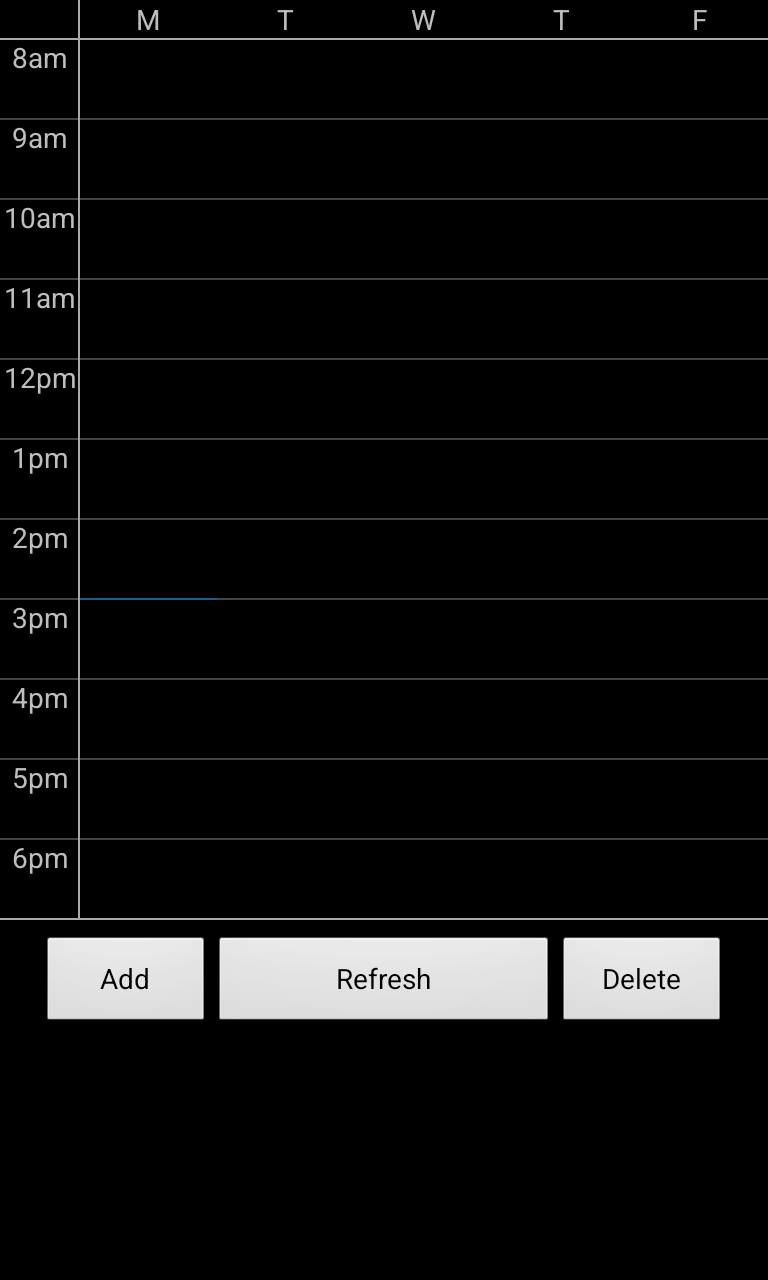
Repository: appsfactory/OfficeHours
Layout: OfficeHoursClient/res/layout/activity_schedule_view.xml
An editor plug-in stored every save of this project. The layout is shown before and after the next save, followed by the edit.
It is drawn on a 768 x 1280 px phone screen (xhdpi) without system bars, with theme AppTheme; the app's code is not run.

Above is the layout before, as saved 2012-09-27 17:54:25.

After the next save:
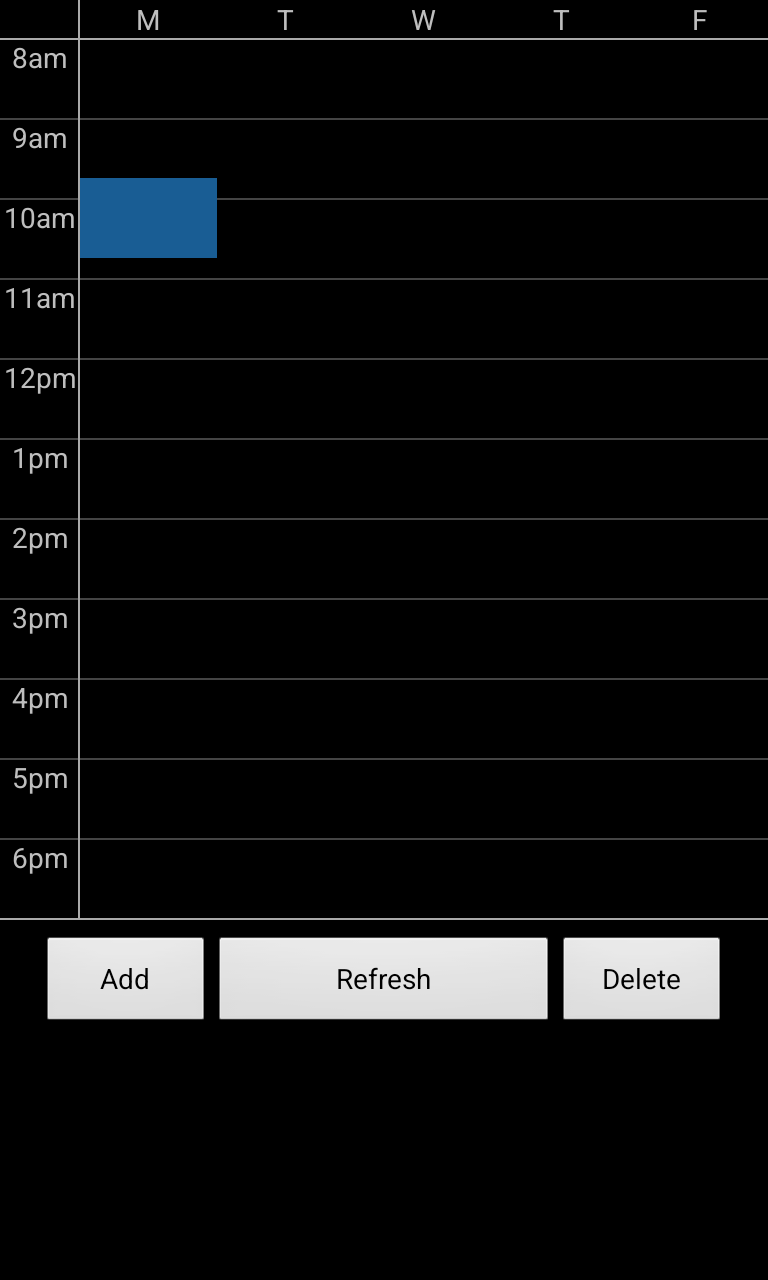
Saved 11 s later.
--- a/OfficeHoursClient/res/layout/activity_schedule_view.xml
+++ b/OfficeHoursClient/res/layout/activity_schedule_view.xml
@@ -237,7 +237,7 @@
                             android:layout_height="match_parent"
                             android:layout_weight="1" >
 
-							<View android:background="#195D94" android:layout_width = "fill_parent" android:layout_height="1dp" android:layout_marginTop="280dp"/>
+							<View android:background="#195D94" android:layout_width = "fill_parent" android:layout_height="40dp" android:layout_marginTop="70dp"/>
 
                         </RelativeLayout>
 

After the save that followed:
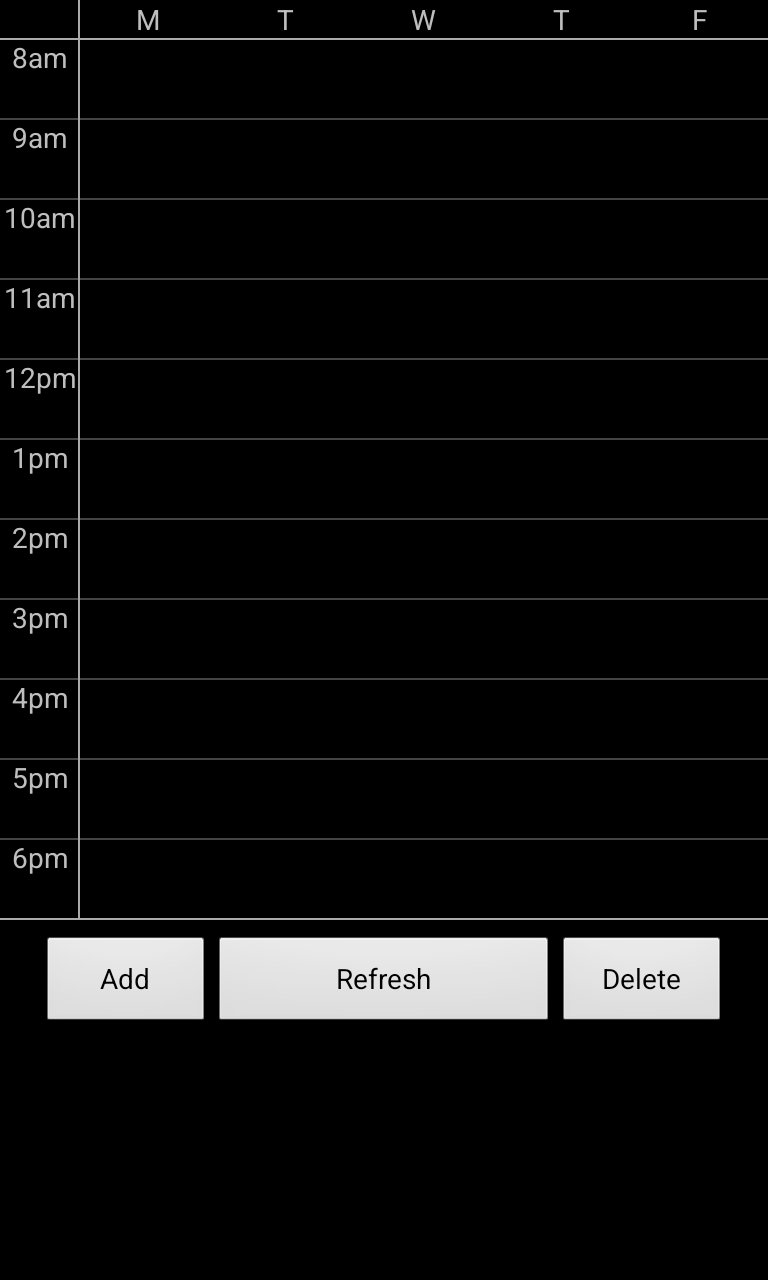
Saved 35 s later.
--- a/OfficeHoursClient/res/layout/activity_schedule_view.xml
+++ b/OfficeHoursClient/res/layout/activity_schedule_view.xml
@@ -237,7 +237,7 @@
                             android:layout_height="match_parent"
                             android:layout_weight="1" >
 
-							<View android:background="#195D94" android:layout_width = "fill_parent" android:layout_height="40dp" android:layout_marginTop="70dp"/>
+							<View android:background="#195D94" android:layout_weight=".5" android:layout_height="40dp" android:layout_marginTop="70dp"/>
 
                         </RelativeLayout>
 
